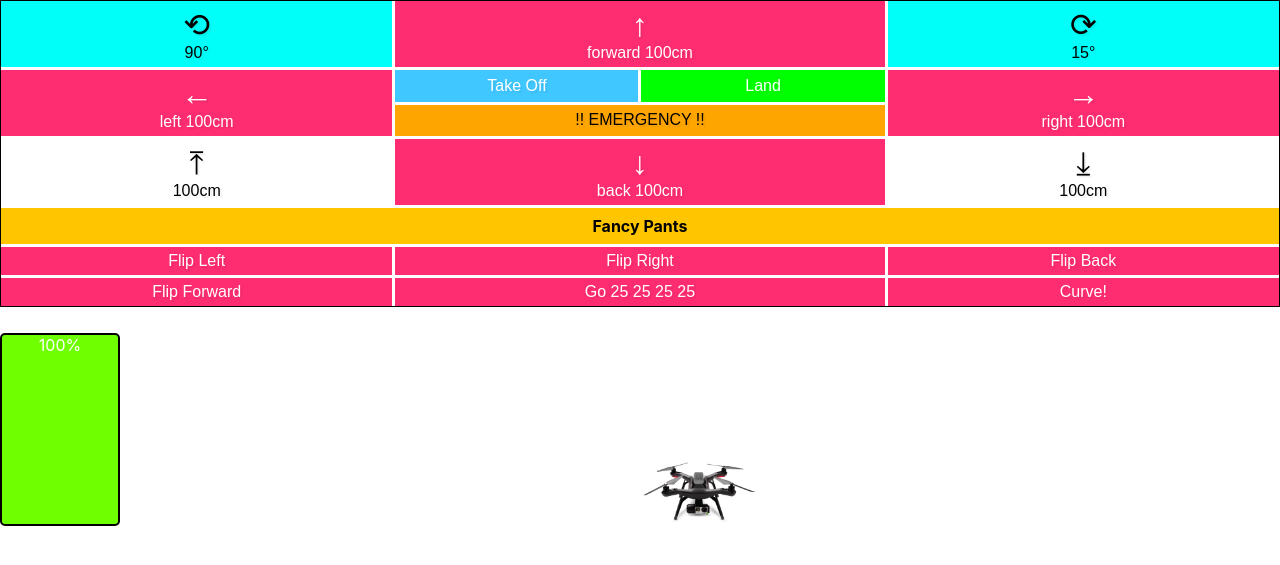
Repository: JivkoJelev91/Drone-Simulator
Page: /
An editor plug-in stored every save of this project. The page is shown before and after the next save, followed by the edit.
The browser window is 1280 px wide. The pictures show the whole page.
The project was rebuilt for these pictures with package versions that can differ from the ones it lists, and the page was loaded fresh each time. Also part of the build but not shown: src/App.css.

Above is the page before, as saved 2018-12-18 10:55:56.

After the next save:
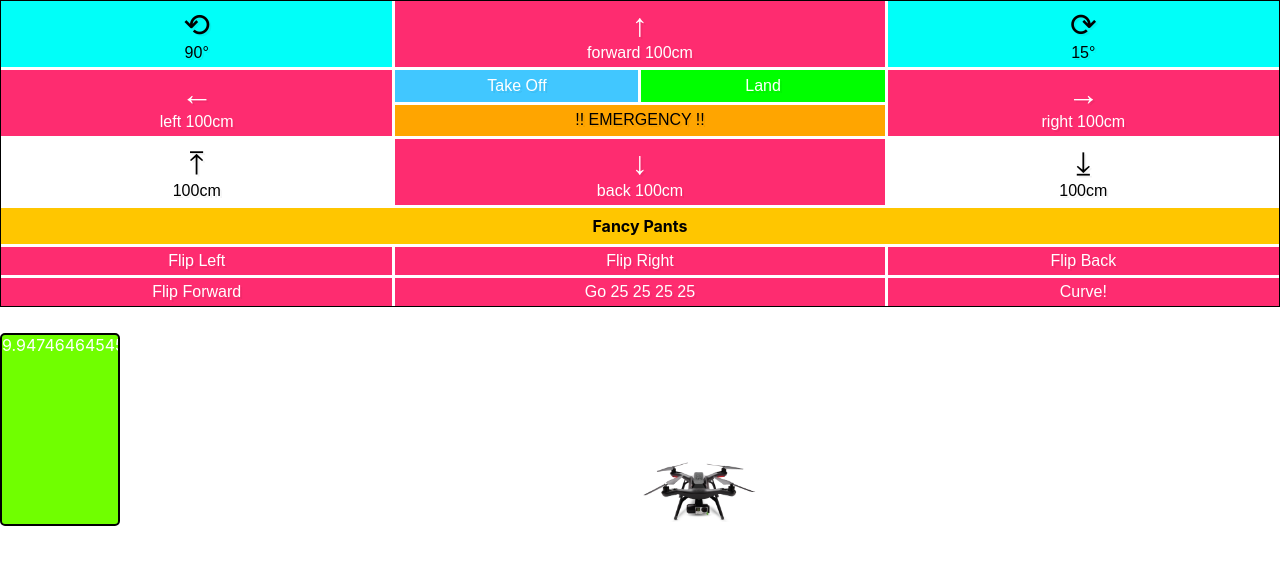
Saved 65 s later.
--- a/src/Buttons/Battery.js
+++ b/src/Buttons/Battery.js
@@ -11,8 +11,11 @@
   lowBattery = () => {
     let interval = setInterval(() => {
       let seconds = new Date().getSeconds();
-      console.log(seconds);
       if(seconds == 0) clearInterval(interval)
+      this.setState({
+        batteryLevel: this.state.batteryLevel * 100 - seconds
+      });
+      console.log(this.state.batteryLevel);
     }, 1000)
     return <span className="batteryLevel">{this.state.batteryLevel}%</span>
   }

After the save that followed:
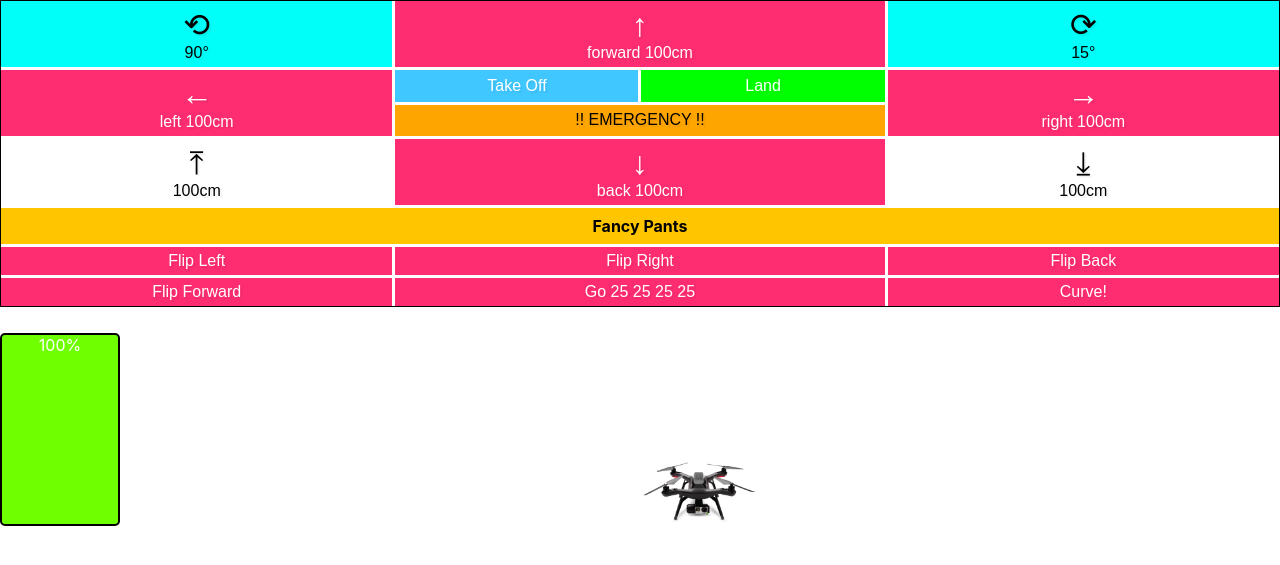
Saved 23 s later.
--- a/src/Buttons/Battery.js
+++ b/src/Buttons/Battery.js
@@ -12,9 +12,9 @@
     let interval = setInterval(() => {
       let seconds = new Date().getSeconds();
       if(seconds == 0) clearInterval(interval)
-      this.setState({
-        batteryLevel: this.state.batteryLevel * 100 - seconds
-      });
+      // this.setState({
+      //   batteryLevel: this.state.batteryLevel * 100 - seconds
+      // });
       console.log(this.state.batteryLevel);
     }, 1000)
     return <span className="batteryLevel">{this.state.batteryLevel}%</span>
